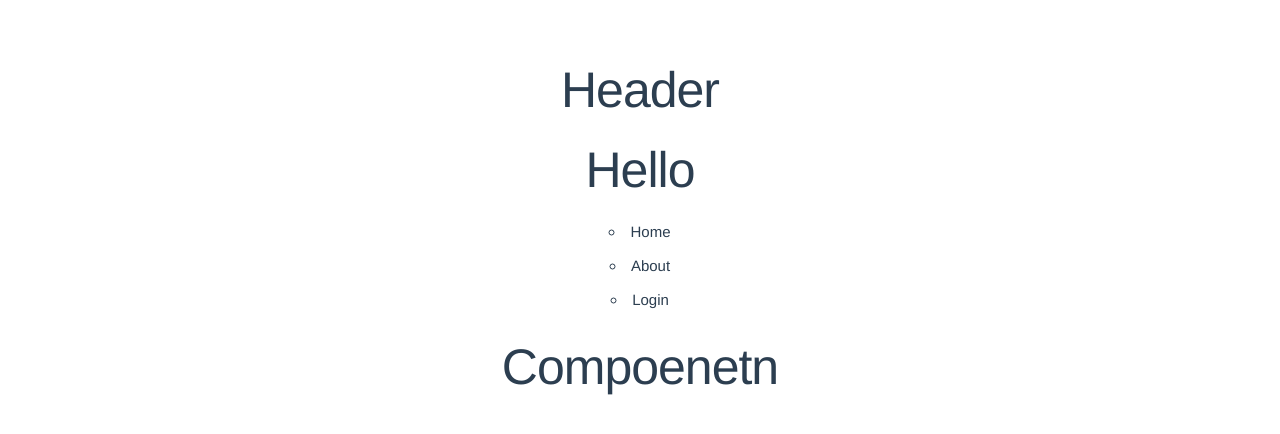
Repository: chsvk/Vue-JS-Course
Page: /
These files come from the project's save history. The page is drawn as it stood at one moment and after the next save; the edit follows.
The browser window is 1280 px wide. The pictures show the whole page.
The project was rebuilt for these pictures with package versions that can differ from the ones it lists, and the page was loaded fresh each time. Also part of the build but not shown: src/components/Footer.vue.

Above is the page before, as saved 2019-03-12 19:36:08.

After the next save:
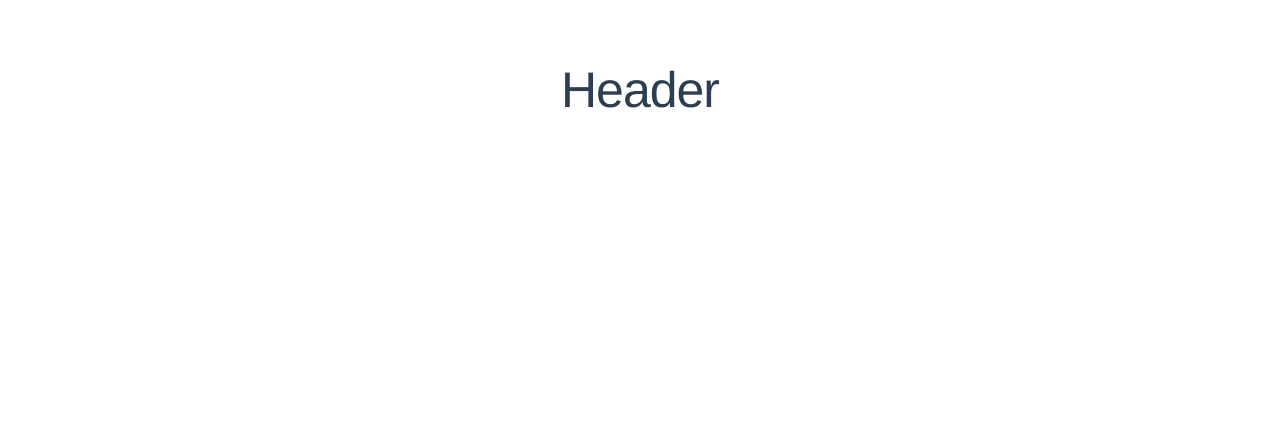
Saved 35 s later.
--- a/src/App.vue
+++ b/src/App.vue
@@ -1,22 +1,16 @@
 <template>
   <div id="app">
     <h1>Header</h1>
-    <Header/>
-    <footer-component/>
-    <mewComponent/>
+    <header/>
   </div>
 </template>
 
 <script>
-import Footer from '@/components/Footer'
-import Header from './components/Header'
-import mewComponent from '@/components/newComponent'
+import Header from '@/components/Header'
 export default {
   name: 'app',
   components:{
     Header,
-    Footer,
-    mewComponent
   }
 }
 </script>
